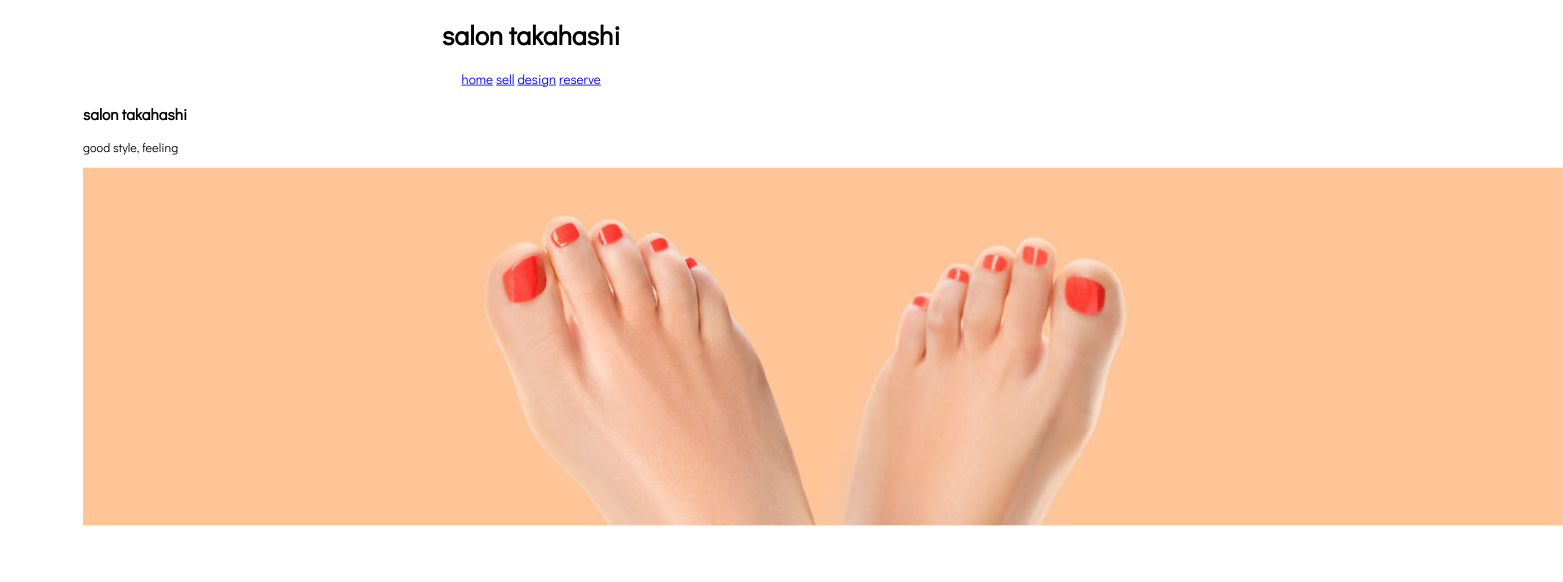
Repository: yukitakahashi1002/salontakahashi-
Page: index.html
These files come from the project's save history. The page is drawn as it stood at one moment and after the next save; the edit follows.
The browser window is 1280 px wide. The page is 1883 px wide, so the pictures cover 1883 px, including what lies to the right of the window. The pictures show the whole page, at 83% of full size.

Above is the page before, as saved 2023-07-27 23:07:39.

After the next save:
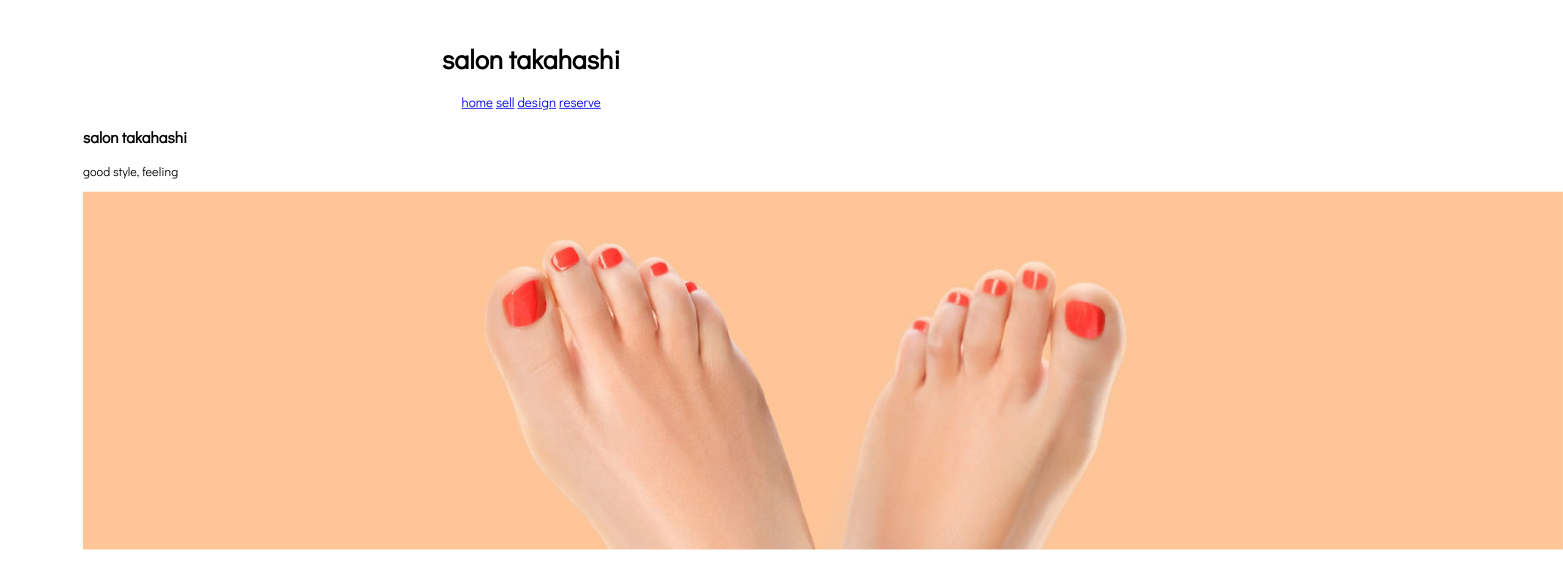
Saved 21 s later.
--- a/style.css
+++ b/style.css
@@ -20,5 +20,5 @@ body {
 /* ヘッダー */
 header {
     text-align: center;
-    margin-top: 15px;
+    margin-top: 50px;
 }
